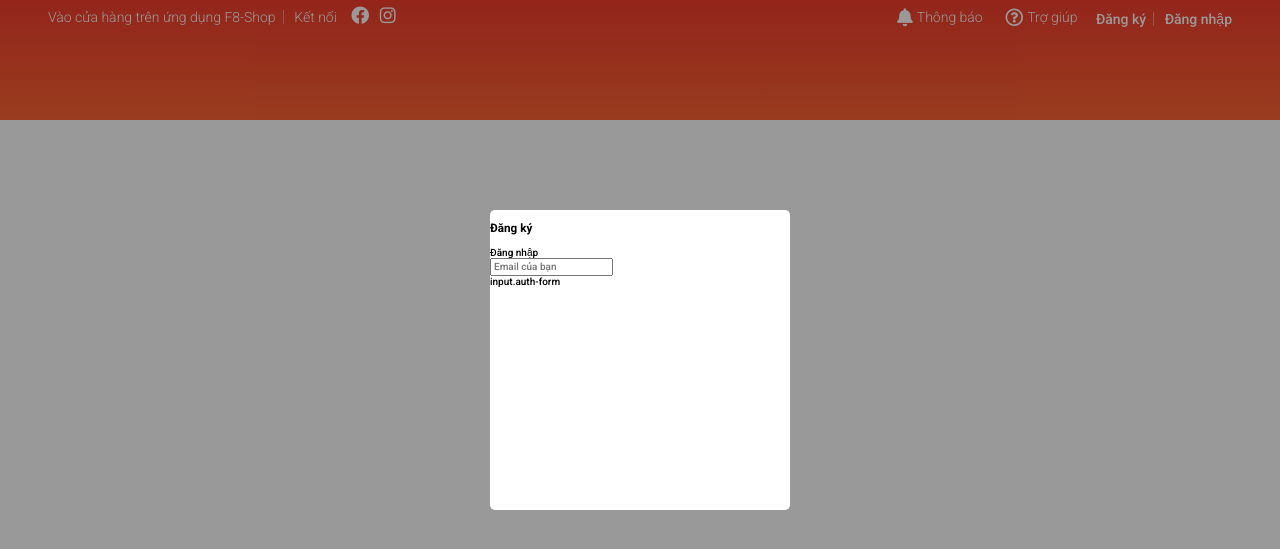
Repository: vanhaibdh/web-demo-site
Page: index.html
An editor plug-in stored every save of this project. The page is shown before and after a run of saves, followed by the edit.
The browser window is 1280 px wide. The pictures show the whole page.

Above is the page before, as saved 2021-09-13 23:56:24.

### index.html
<!DOCTYPE html>
<html lang="en">
<head>
    <meta charset="UTF-8">
    <meta http-equiv="X-UA-Compatible" content="IE=edge">
    <meta name="viewport" content="width=device-width, initial-scale=1.0">
    <title>Web-base</title>
    <link rel="stylesheet" href="./assets/css/reset.css">
    <link rel="stylesheet" href="./assets/css/base.css">
    <link rel="stylesheet" href="./assets/css/main.css">
    <link href="./assets/fonts/fontawesome/css/all.min.css" rel="stylesheet">
    <link rel="preconnect" href="https://fonts.googleapis.com">
<link rel="preconnect" href="https://fonts.gstatic.com" crossorigin>
<link href="https://fonts.googleapis.com/css2?family=Roboto:wght@100;300;500;700&display=swap" rel="stylesheet">

</head>
<body>
    <div class="app">
        <div class="header">
            <div class="grid">
                <nav class="header__navbar">
                    <ul class="header__navbar-list">
                        <li class="header__navbar-item
                         header__navbar-item-has-qr
                         header__navbar-item--separate">Vào cửa hàng trên ứng dụng F8-Shop
                            <div class="header__qr">
                                <img src="./assets/img/qrcode.png" alt="qr-code" class="header__qr-img">
                                <div class="header__qr-apps">
                                    <a href="" class="header__qr-link">
                                        <img src="./assets/img/appstore.png" alt="App Store" class="header__qr-download-img">
                                    </a>
                                    <a href="" class="header__qr-link">
                                        <img src="./assets/img/google.png" alt="Google Play" class="header__qr-download-img">
                                    </a>
                                </div>
                            </div>
                        </li>
                        <li class="header__navbar-item"><span class="header__navbar-item--no-pointer">Kết nối</span></li>
                        <a href="" class="header__navbar-icon-link"><i class="header__navbar-icon fab fa-facebook"></i></a>
                        <a href="" class="header__navbar-icon-link"><i class="header__navbar-icon fab fa-instagram"></i></a>
                    </ul>
                    <ul class="header__navbar-list">
                        <li class="header__navbar-item header__navbar-item--has-notify">
                            <a href="" class="header__navbar-item-link "><i class="header__navbar-icon fas fa-bell"></i>Thông báo</a>
                            <div class="header__notify">
                                 <header class="header__notify-header">
                                     <h3>Thông báo mới nhận</h3>
                                 </header>
                                 <ul class="header__notify-list">
                                     <li class="header__notify-item">
                                         <a href="" class="header__notify-link">
                                             <img src="./assets/img/maypham1.jpg" alt="My Pham 1" class="header__notify-img">
                                             <div class="header__notify-info">
                                                 <span class="header__notify-name">Mỹ phẩm Ohui chính hãng </span>
                                                 <span class="header__notify-description">Mô tả Mỹ phẩm Ohui chính hãng</span>
                                             </div>
                                         </a>
                                     </li>
                                     <li class="header__notify-item">
                                        <a href="" class="header__notify-link">
                                            <img src="./assets/img/maypham2.jpg" alt="My Pham 2" class="header__notify-img">
                                            <div class="header__notify-info">
                                                <span class="header__notify-name">Mỹ phẩm Ohui chính hãng </span>
                                                <span class="header__notify-description">Mô tả Mỹ phẩm Ohui chính hãng</span>
                                            </div>
                                        </a>
                                    </li>
                                    <li class="header__notify-item header__notify-item--viewed">
                                        <a href="" class="header__notify-link">
                                            <img src="./assets/img/maypham3.jpg" alt="My Pham 3" class="header__notify-img">
                                            <div class="header__notify-info">
                                                <span class="header__notify-name">Mỹ phẩm Ohui chính hãng </span>
                                                <span class="header__notify-description">Mô tả Mỹ phẩm Ohui chính hãng</span>
                                            </div>
                                        </a>
                                    </li>
                                    <li class="header__notify-item">
                                        <a href="" class="header__notify-link">
                                            <img src="./assets/img/maypham4.jpg" alt="My Pham 4" class="header__notify-img">
                                            <div class="header__notify-info">
                                                <span class="header__notify-name">Mỹ phẩm Ohui chính hãng </span>
                                                <span class="header__notify-description">Lorem, ipsum dolor sit amet consectetur adipisicing elit. Accusamus laudantium consectetur quidem, ut quos expedita ea, dolorem, officiis quia molestias iusto alias dolorum cum totam omnis laborum tenetur temporibus ipsa!</span>
                                            </div>
                                        </a>
                                    </li>
                                    <li class="header__notify-item">
                                        <a href="" class="header__notify-link">
                                            <img src="./assets/img/maypham5.jpg" alt="My Pham 5" class="header__notify-img">
                                            <div class="header__notify-info">
                                                <span class="header__notify-name">Mỹ phẩm Ohui chính hãng </span>
                                                <span class="header__notify-description">Mô tả Mỹ phẩm Ohui chính hãng</span>
                                            </div>
                                        </a>
                                    </li>
                                 </ul>
                                 <footer class="header__notify-footer">
                                     <a href="" class="header__notify-footer-btn">Xem tất cả</a>
                                 </footer>
                            </div>
                        </li>
                        <li class="header__navbar-item">
                            <a href="" class="header__navbar-item-link"><i class="header__navbar-icon far fa-question-circle"></i>Trợ giúp</a>
                        </li>
                        <li class="header__navbar-item header__navbar-item--strong header__navbar-item--separate">Đăng ký</li>
                        <li class="header__navbar-item header__navbar-item--strong">Đăng nhập</li>
                    </ul>
                </nav>
            </div>
        </div>

        <div class="container">

        </div>

        <div class="footer">

        </div>
        <!-- modal layout -->
        <div class="modal">
            <div class="modal__overlay"></div>
            <div class="modal__body">
                <div class="modal__inner">
                    <!-- form authentication -->
                    <div class="auth-form">
                        <div class="auth-form__header">
                            <h3 class="auth-form__heading">Đăng ký</h3>
                            <span class="auth-form__switch-btn">Đăng nhập</span>
                        </div>

                        <div class="auth-form__form">
                            <div class="auth-form__group">
                                <input type="text" class="auth-form__input" placeholder="Email của bạn">
                            </div>
                            <div class="auth-form__group">
                                input.auth-form
                            </div>
                        </div>
                    </div>
                </div>
            </div>
        </div>
    </div>
</body>
</html>

### assets/css/base.css
:root {
    --primary-color : rgb(238, 75, 43);
    /* --primary-color-rgba : rgba(238, 75, 43, .7); */
    --white-color : #fff;
    --black-color : #000;
    --text-color : #333;
}

*{
    box-sizing: inherit;
}

html {
    /* hack css */
    font-size: 62.5%;
    line-height: 1.6 rem;
    font-family: 'Roboto', sans-serif;
    box-sizing: border-box;
}

.grid {
    width: 1200px;
    max-width: 100%;
    margin: 0 auto;
}

.grid__full-width {
    width: 100%;
}

.grid__row {
    display: flex;
    flex-wrap: wrap;
}

/* Animation */

@keyframes fadeIn{
    from {
        opacity: 0;
    }
    to {
        opacity: 1;
    }
}

/* modal CSS */
.modal {
    position: fixed;
    top:0;
    right: 0;
    bottom: 0;
    left: 0;
    display: flex;
}
.modal__overlay {
    position: absolute;
    width: 100%;
    height: 100%;
    background-color: rgba(0, 0, 0, 0.4);
    z-index: 2;
}

.modal__body {
    width: 300px;
    height: 300px;
    background-color: var(--white-color);
    margin: auto;
    position: relative;
    z-index: 3;
    border-radius: 5px;
}

### assets/css/main.css
.header {
    height: 120px;
    background-image: linear-gradient(0, #fe6433, #f53e2d);
}

.header__navbar {
    display: flex;
    justify-content: space-between;
}
.header__navbar-list {
    list-style: none;
    padding-left: 0;
    margin-top: 4px;
}

.header__navbar-item {
    position: relative;
    margin: 0 8px;
    min-height: 2.6rem;
}

.header__navbar-item,
.header__navbar-item-link {
    display: inline-block;
    font-size: 1.4rem;
    color: var(--white-color);
    text-decoration: none;
    font-weight: 300;
}

.header__navbar-item,
.header__navbar-item-link,
.header__navbar-icon {
    display: inline-flex;
    align-items: center;
}

.header__navbar-item:hover,
.header__navbar-icon-link:hover,
.header__navbar-item-link:hover {
    cursor: pointer;
    color: rgba(255, 255, 255, 0.7);
}

.header__navbar-item--strong {
    font-weight: 400;
}

.header__navbar-item--separate::after {
    content: "";
    display: block;
    position: absolute;
    border-left: 1px solid #fb9086;
    height: 14px;
    right: -8px;
    top: 50%;
    transform: translateY(-50%);
}

.header__navbar-icon-link {
    color: var(--white-color);
    text-decoration: none;
}

.header__navbar-icon {
    font-size: 1.8rem;
    margin : 0 4px;
}

.header__navbar-item--no-pointer {
    cursor: default ;
    color: var(--white-color);
}

/* header QR code */
.header__qr {
    background-color: var(--white-color);
    width: 186px;
    position: absolute;
    left: 0;
    top: 118%;
    padding: 8px;
    border-radius: 2px;
    display: none;
    animation: fadeIn ease 0.5s;
}

.header__qr::before {
    content: "";
    position: absolute;
    left: 0;
    top: -18px;
    width: 100%;
    height: 20px;
    display: block;

}

.header__qr-img {
    width: 100%;
}

.header__qr-apps {
    display: flex;
    justify-content: space-between;
}

.header__qr-link:first-child {
    margin-left: 11px;
}

.header__qr-link:last-child {
    margin-right: 11px;
}
.header__qr-download-img {
    height: 14px;
}

.header__navbar-item-has-qr:hover .header__qr {
    display: block;
}

.header__navbar-item--has-notify:hover .header__notify {
    display: block;
}
/* header notification */
.header__notify {
    position: absolute;
    margin-top: 6px;
    width: 404px;
    top: 100%;
    right: 0;
    background-color: var(--white-color);
    border: 1px solid #d3d3d3;
    animation: headerNotifyGrowth ease-in 0.25s ;
    transform-origin: calc(100% - 20px) top;
    will-change: opacity , transform;
    display: none;
}

@keyframes headerNotifyGrowth {
    from{
        opacity: 0;
        transform: scale(0);
    }
    to {
        opacity: 1;
        transform: scale(1);
    }
}

.header__notify::before{
    content: "";
    border-style: solid;
    border-width: 20px 26px;
    border-color: transparent transparent var(--white-color) transparent;
    position: absolute;
    right: 10px;
    top: -30px
}

.header__notify::after {
    content: "";
    display: block;
    position: absolute;
    right: 0;
    top: -26px;
    width: 90px;
    height: 40px;
    background: transparent;
}

.header__notify-header {
    height: 40px;
    background-color: var(--white-color);
}

.header__notify-header h3 {
    color: #999;
    margin: 0;
    font-weight: 400;
    font-size: 1.4rem;
    line-height: 40px;
    margin: 0 0 0 12px;
    cursor: text;
    user-select: none;
}

.header__notify-list {
    padding-left: 0;
    display: flex;
    flex-wrap: wrap;
}

.header__notify-item {
    display: flex;
    width: 100%;
}

.header__notify-item:hover {
    background-color: #f7f7f7;
}
.header__notify-item--viewed {
    background-color: rgba(238, 75, 43, .09);
}

.header__notify-link {
    display: flex;
    width: 100%;
    padding: 12px;
    text-decoration: none;

}

.header__notify-img {
    width: 48px;
    object-fit: contain;
}

.header__notify-info {
    margin-left: 12px;
    /* display: flex;
    flex-direction: column;
    justify-content: space-between; */
}

.header__notify-name {
    display: block;
    font-size: 1.4rem;
    color: var(--text-color);
    font-weight: 400;
    align-self: start;
    line-height: 1.8rem;
}

.header__notify-description {
    display: block;
    font-size: 1.2rem;
    line-height: 1.6rem;
    color: #756f6e;
    align-self: flex-end;
    margin-top: 4px;
}

.header__notify-footer {
    display: flex;
}

.header__notify-footer-btn {
    text-decoration: none;
    color: var(--text-color);
    font-size: 1.4rem;
    font-weight: 400;
    padding: 4px 0px;
    width: 100%;
    text-align: center;
}

Loaded but not shown: assets/css/reset.css (common file); assets/fonts/fontawesome/css/all.min.css (library)

After the next 3 saves:
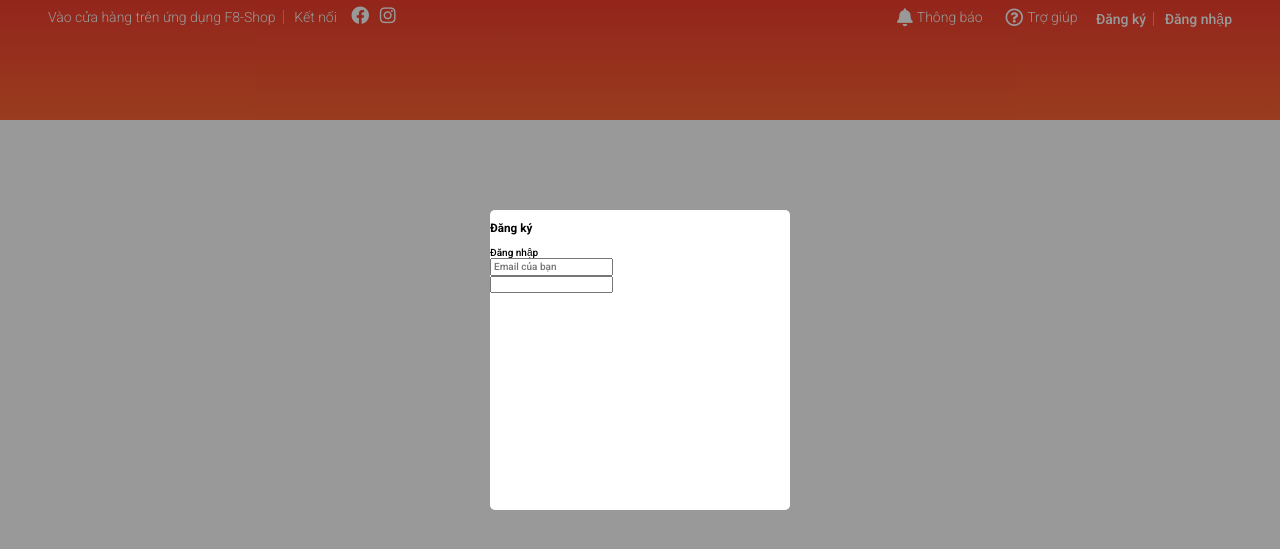
The 3 saves are shown as one change because they came seconds apart.
The last was saved 7 s later.
--- a/index.html
+++ b/index.html
@@ -132,7 +132,7 @@
                                 <input type="text" class="auth-form__input" placeholder="Email của bạn">
                             </div>
                             <div class="auth-form__group">
-                                input.auth-form
+                                <input type="text" class="auth-form__input">
                             </div>
                         </div>
                     </div>
